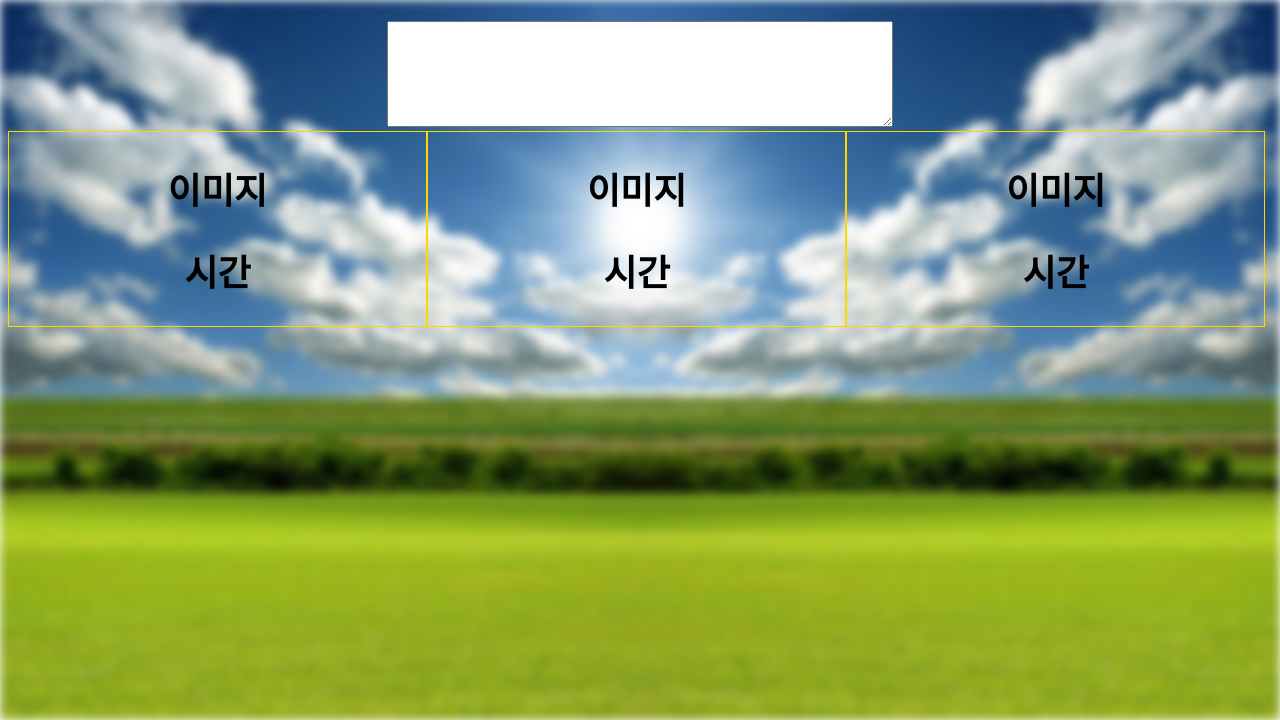
Repository: RyoTTa/4-1-Web-Programming
Page: SoloProject/Project/WebContent/index.html
The author's editor kept a copy of each file at every save. The page is drawn from the files as they stood at one save, then again after the next save.
The browser window is 1280 px wide. The pictures show the whole page.
The page's requests for data from a server got no answer.

Above is the page before, as saved 2020-05-05 14:37:38.

After the next save:
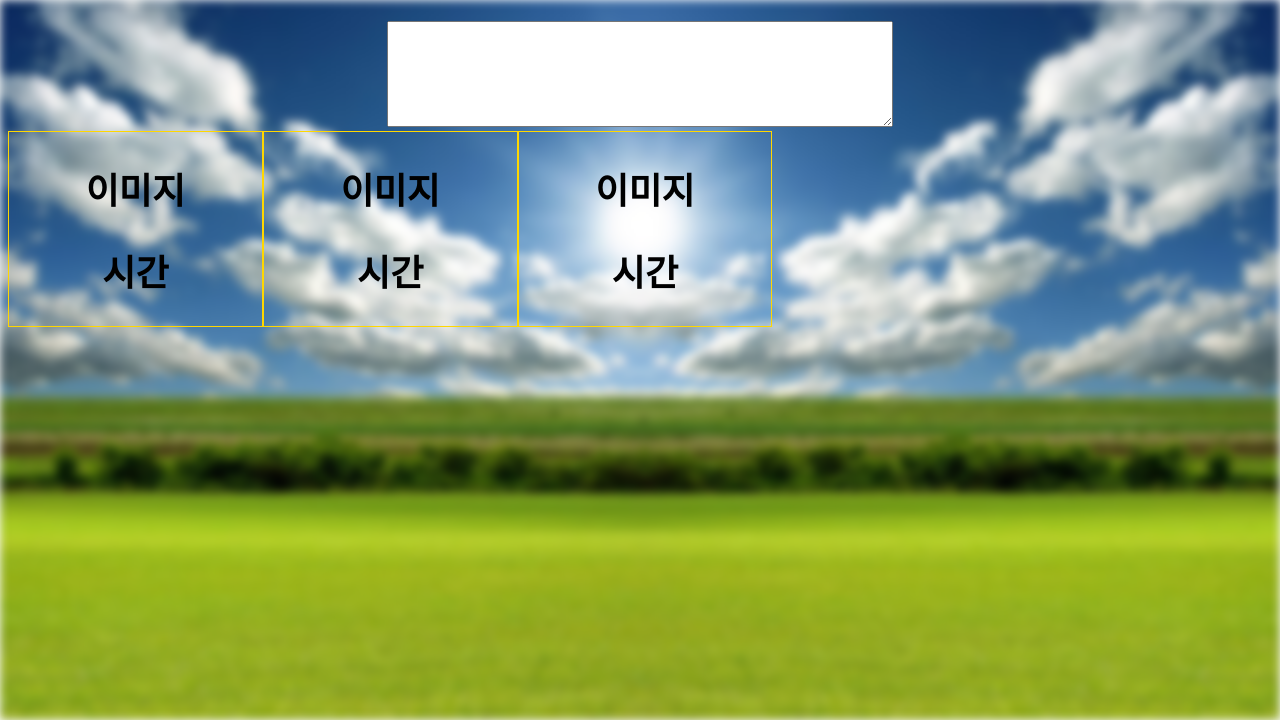
Saved 31 s later.
--- a/SoloProject/Project/WebContent/index.html
+++ b/SoloProject/Project/WebContent/index.html
@@ -15,7 +15,7 @@
 			<div><textarea id="chatLog" class="contents" readonly style="width:500px; height:100px"></textarea></div>
 		</center>
 
-		<div style="border: 1px solid gold; float: left; width: 33%;"><h2 id="current_time" >
+		<div style="border: 1px solid gold; float: left; width: 20%;"><h2 id="current_time" >
 			<center>
 				<div>
 					<h2>이미지</h2>
@@ -25,7 +25,7 @@
 				</div>
 			</center>
 		</div>
-		<div style="border: 1px solid gold; float: left; width: 33%;"><h2 id="current_time" >
+		<div style="border: 1px solid gold; float: left; width: 20%;"><h2 id="current_time" >
 			<center>
 				<div>
 					<h2>이미지</h2>
@@ -35,7 +35,7 @@
 				</div>
 			</center>
 		</div>
-		<div style="border: 1px solid gold; float: left; width: 33%;"><h2 id="current_time" >
+		<div style="border: 1px solid gold; float: left; width: 20%;"><h2 id="current_time" >
 			<center>
 				<div>
 					<h2>이미지</h2>
